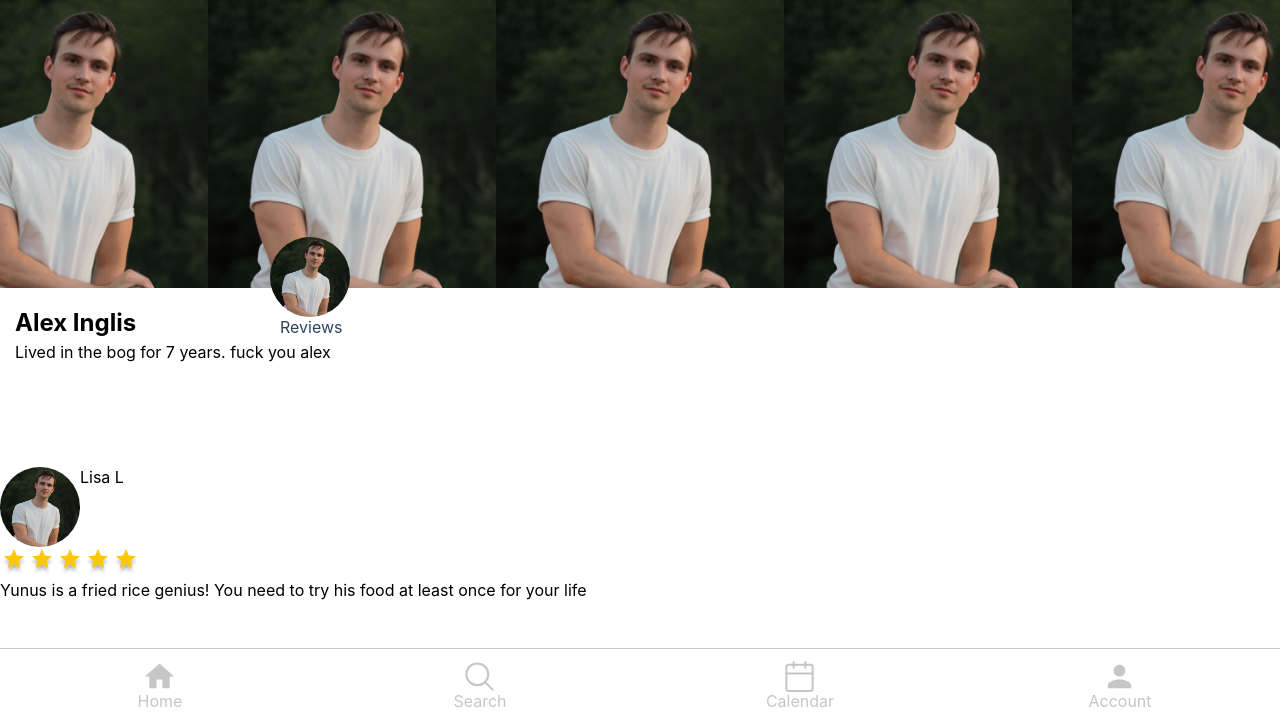
Repository: nguyenlejoe/HomeChef
Page: /ChefReview (app in app/)
The author's editor kept a copy of each file at every save. The page is drawn from the files as they stood at one save, then again after the next save.
The browser window is 1280 px wide. The pictures show the whole page.
The project was rebuilt for these pictures with package versions that can differ from the ones it lists, and the page was loaded fresh each time. Also part of the build but not shown: app/src/comps/MainButton/index.js, app/src/comps/ActivityPost/index.js.

Above is the page before, as saved 2020-11-07 12:17:42.

### app/src/App.js
import React from 'react';
//import logo from './logo.svg';
//import './App.css';
import Pages from './pages/ChefReview';

function App() {
  return (
    <Pages />
  );
}

export default App;

### app/src/pages/ChefReview.js
import React from 'react';
import './ChefReview.scss'
import NavBarGourmet from '../comps/NavBarGourmet';
import Avatar from '../comps/Avatar';
import RatingContainer from '../comps/ActivityPost';


export default function Home() {
  return<div className="app">
        <div className="CoverImage"></div>
        <div className="ChefDesc">
            <h2>Alex Inglis</h2>
            <p>Lived in the bog for 7 years. fuck you alex</p>
        </div>
        <div className="AvatarBox">
                <Avatar></Avatar>
                <a>Reviews</a>
        </div>
        <div className="ReviewList">
            <div className="ReviewCont">
                <div className="ReviewProfile"><Avatar></Avatar><div>Lisa L</div></div>
                <div className="rating">
                    <div className="stars"><img src='/star.png' /></div>
                    <div className="stars"><img src='/star.png' /></div>
                    <div className="stars"><img src='/star.png' /></div>
                    <div className="stars"><img src='/star.png' /></div>
                    <div className="stars"><img src='/star.png' /></div>
                </div>
                <div>Yunus is a fried rice genius! You need to try his food at least once for your life</div>
            </div>
        </div>

        <div className="Nav">
          <NavBarGourmet
          bgimg = "/Search.png"
          title = "Search"
          btnState = {true}
          orderActive = {true}
          ></NavBarGourmet>
        </div>


    </div>

}

### app/src/pages/ChefReview.scss
.app{
    width: 100vw;
    height:100vh;
    overflow-x: hidden;
}

.CoverImage{
    height: 40%;
    background-image: url("/alex.jpg");
    background-position: center;
    background-size: contain;
}

.ChefDesc{
    height:20%;
    width: 65%;
    margin: 15px;
    p{
        margin-top: -15px;
    }
}


.AvatarBox{
    height:0px;
    position: relative;
    z-index: 1;
    top: -230px;
    left: 270px;
    a{
        margin-left:10px;
        color: #2B445E;
    }
}


.ReviewProfile{
    display: flex;
}

.rating{
    display: flex;
}



.Nav{
    height: 10%;
    width: 100%;
    position: fixed;
    bottom: 0;
}

### app/src/comps/NavBarGourmet/index.js
import React, {useState} from 'react';
import styled, {css} from 'styled-components';
import Button from '../MainButton';

const NavContainer = styled.div`
display:flex;
height:100%;
width:100%;
background-color:#FFFFFF;
`;

const NavBox = styled.div`
justify-content:space-around;
display:flex;
align-items:center;
position:relative;
width:100%;
height:100%;
border-top: 1px solid #C6C6C6;


`;

const NavButton = styled.div`
    display:flex;
    align-items:center;
    flex-direction:column;
    margin:2px;
    width:15%;
    height:80%;
    text-align:center;

`;

const NavIcon = styled.div`
    margin-top:3px;
    margin-right:2px;
    width:55%;
    height:55%;
    background-size:contain;
    background-repeat: no-repeat;


`;

const NavLabel = styled.div`
    height:20px;
    width:100%;
    color:${props => props.ButtonActive};

`;






const NavBar = ({active, onClickHome, onClickSearch, onClickCalendar, onClickAccount}) => {

const [ButtonActiveVal,SetActive] = useState(active);

    return <NavContainer>
        <NavBox>

            <NavButton onClick={onClickHome}
            ButtonActive = {ButtonActiveVal === 1 ? "#24B574" : "#C6C6C6"}
            >
            <NavIcon>
                <svg width="35" height="35" viewBox="0 0 35 35" fill="none" xmlns="http://www.w3.org/2000/svg">
                    <path d="M14.5834 29.1667V20.4167H20.4167V29.1667H27.7084V17.5H32.0834L17.5001 4.375L2.91675 17.5H7.29175V29.1667H14.5834Z" fill={ButtonActiveVal === 1 ? "#24B574" : "#C6C6C6"}/>
                </svg>
            </NavIcon>
                <NavLabel ButtonActive={ButtonActiveVal === 1 ? "#24B574" : "#C6C6C6"}>Home</NavLabel>
            </NavButton>

            <NavButton
            onClick={onClickSearch}
            // onClick={()=>{
            //     SetActive(active);
            // }}
            ButtonActive = {ButtonActiveVal === 2 ? "#24B574" : "#C6C6C6"}
            >
                <NavIcon>
                    <svg width="35" height="35" viewBox="0 0 35 35" fill="none" xmlns="http://www.w3.org/2000/svg">
                        <path fill-rule="evenodd" clip-rule="evenodd" d="M15.3125 26.25C21.3531 26.25 26.25 21.3531 26.25 15.3125C26.25 9.27189 21.3531 4.375 15.3125 4.375C9.27189 4.375 4.375 9.27189 4.375 15.3125C4.375 21.3531 9.27189 26.25 15.3125 26.25Z" stroke={ButtonActiveVal === 2 ? "#24B574" : "#C6C6C6"} stroke-width="2" stroke-linecap="round" stroke-linejoin="round"/>
                        <path d="M30.625 30.625L23.0416 23.0417" stroke={ButtonActiveVal === 2 ? "#24B574" : "#C6C6C6"}stroke-width="2" stroke-linecap="round" stroke-linejoin="round"/>
                    </svg>
                </NavIcon>
                <NavLabel ButtonActive={ButtonActiveVal === 2 ? "#24B574" : "#C6C6C6"} >Search</NavLabel>
            </NavButton>

            <NavButton
            onClick={onClickCalendar}
            // onClick={()=>{
            //     SetActive(active);
            // }}
            ButtonActive = {ButtonActiveVal === 3 ? "#24B574" : "#C6C6C6"}
            >
                <NavIcon>
                    <svg width="35" height="35" viewBox="0 0 35 35" fill="none" xmlns="http://www.w3.org/2000/svg">
                        <path fill-rule="evenodd" clip-rule="evenodd" d="M4.375 7.83325C4.375 6.72868 5.27043 5.83325 6.375 5.83325H28.625C29.7296 5.83325 30.625 6.72868 30.625 7.83325V30.0833C30.625 31.1878 29.7296 32.0833 28.625 32.0833H6.375C5.27043 32.0833 4.375 31.1878 4.375 30.0833V7.83325Z" stroke={ButtonActiveVal === 3 ? "#24B574" : "#C6C6C6"} stroke-width="2" stroke-linecap="round" stroke-linejoin="round"/>
                        <path d="M23.3333 2.91675V8.75008" stroke={ButtonActiveVal === 3 ? "#24B574" : "#C6C6C6"} stroke-width="2" stroke-linecap="round" stroke-linejoin="round"/>
                        <path d="M11.6667 2.91675V8.75008" stroke={ButtonActiveVal === 3 ? "#24B574" : "#C6C6C6"} stroke-width="2" stroke-linecap="round" stroke-linejoin="round"/>
                        <path d="M4.375 14.5833H30.625" stroke={ButtonActiveVal === 3 ? "#24B574" : "#C6C6C6"} stroke-width="2" stroke-linecap="round" stroke-linejoin="round"/>
                    </svg>
                </NavIcon>
                <NavLabel ButtonActive={ButtonActiveVal === 3 ? "#24B574" : "#C6C6C6"}>Calendar</NavLabel>
            </NavButton>


            <NavButton
            onClick={onClickAccount}
            // onClick={()=>{
            //     SetActive(active);
            // }}
            ButtonActive = {ButtonActiveVal === 4 ? "#24B574" : "#C6C6C6"}
            >
                <NavIcon>
                    <svg width="35" height="35" viewBox="0 0 35 35" fill="none" xmlns="http://www.w3.org/2000/svg">
                        <path d="M17.4999 17.4999C20.7228 17.4999 23.3332 14.8895 23.3332 11.6666C23.3332 8.44367 20.7228 5.83325 17.4999 5.83325C14.277 5.83325 11.6666 8.44367 11.6666 11.6666C11.6666 14.8895 14.277 17.4999 17.4999 17.4999ZM17.4999 20.4166C13.6062 20.4166 5.83325 22.3708 5.83325 26.2499V29.1666H29.1666V26.2499C29.1666 22.3708 21.3937 20.4166 17.4999 20.4166Z" fill={ButtonActiveVal === 4 ? "#24B574" : "#C6C6C6"}/>
                    </svg>
                </NavIcon>
                <NavLabel ButtonActive={ButtonActiveVal === 4 ? "#24B574" : "#C6C6C6"}>Account</NavLabel>
            </NavButton>
        </NavBox>
    </NavContainer>

}

NavBar.defaultProps = {
    title: "label",
    bgimg: "/Home.png",
    orderNum: "0",
    ButtonActive:"black"

}

export default NavBar;

### app/src/comps/Avatar/index.js
import React from 'react';
import styled from 'styled-components';

const AvatarContainer = styled.div`
width:80px;
height:80px;
`;

const AvatarImg = styled.div`
min-width:100%;
min-height:100%;
background-image:url(${props=>props.bgimg ? props.bgimg : "none"});
background-size:cover;
border-radius:100px;

`;

const Avatar = ({bgimg}) =>{
    return <AvatarContainer>
        <AvatarImg bgimg={bgimg}></AvatarImg>
    </AvatarContainer>
}

Avatar.defaultProps = {
    bgimg : "./alex.jpg"
}

export default Avatar;

Loaded but not shown: app/public/index.html (common file); app/src/index.js (common file); app/src/index.css (common file); app/src/serviceWorker.js (common file)

After the next save:
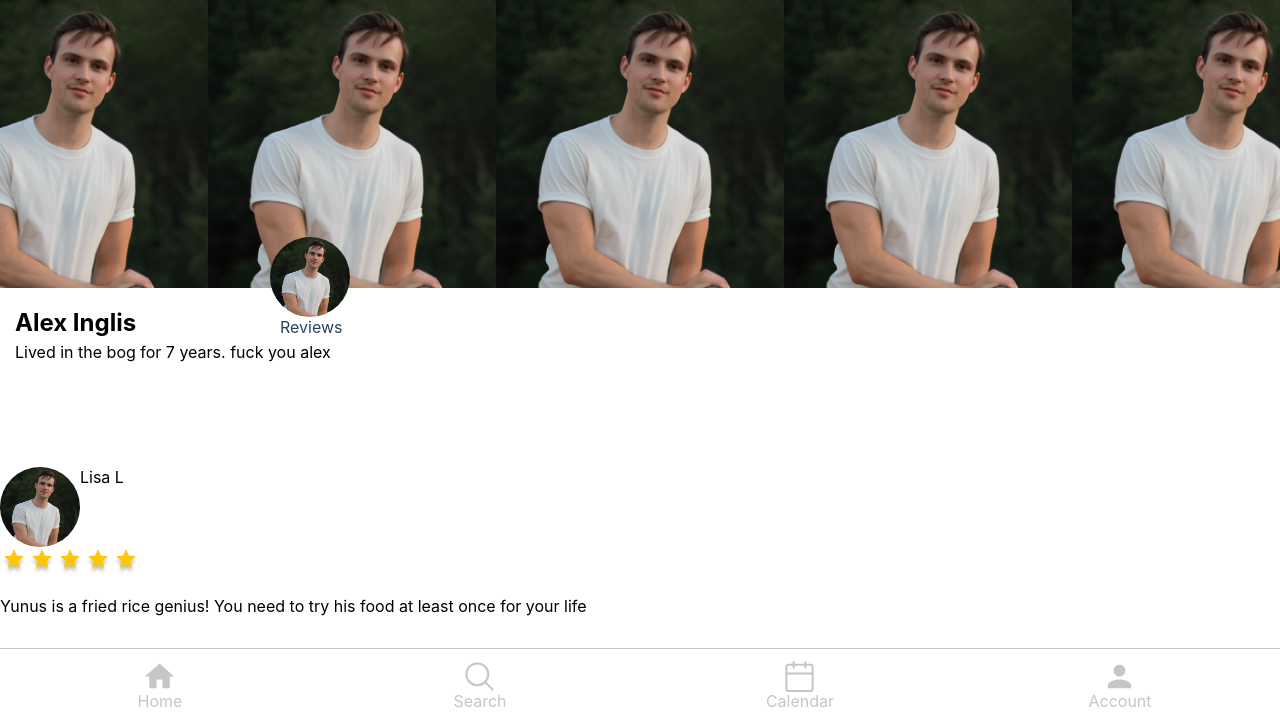
Saved 111 s later.
--- a/app/src/pages/ChefReview.js
+++ b/app/src/pages/ChefReview.js
@@ -26,7 +26,7 @@
                     <div className="stars"><img src='/star.png' /></div>
                     <div className="stars"><img src='/star.png' /></div>
                 </div>
-                <div>Yunus is a fried rice genius! You need to try his food at least once for your life</div>
+                <p>Yunus is a fried rice genius! You need to try his food at least once for your life</p>
             </div>
         </div>
 

After the save that followed:
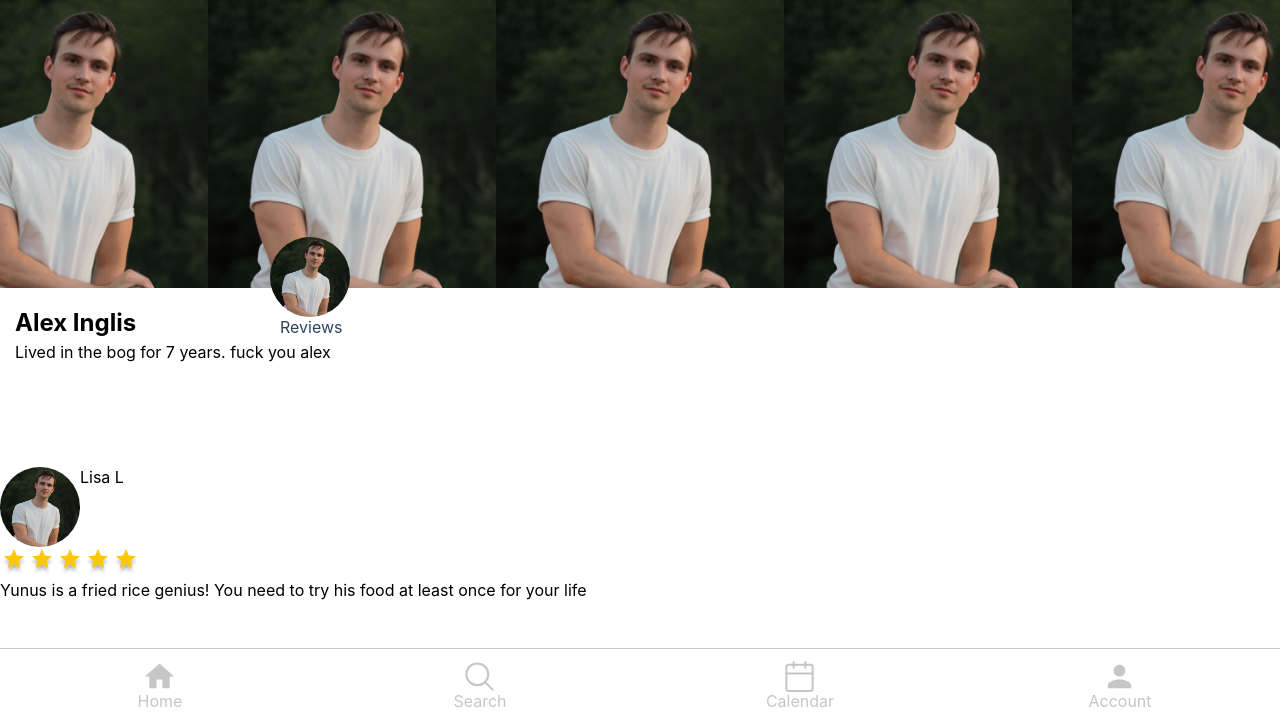
Saved 25 s later.
--- a/app/src/pages/ChefReview.js
+++ b/app/src/pages/ChefReview.js
@@ -26,7 +26,7 @@
                     <div className="stars"><img src='/star.png' /></div>
                     <div className="stars"><img src='/star.png' /></div>
                 </div>
-                <p>Yunus is a fried rice genius! You need to try his food at least once for your life</p>
+                <div>Yunus is a fried rice genius! You need to try his food at least once for your life</div>
             </div>
         </div>
 
